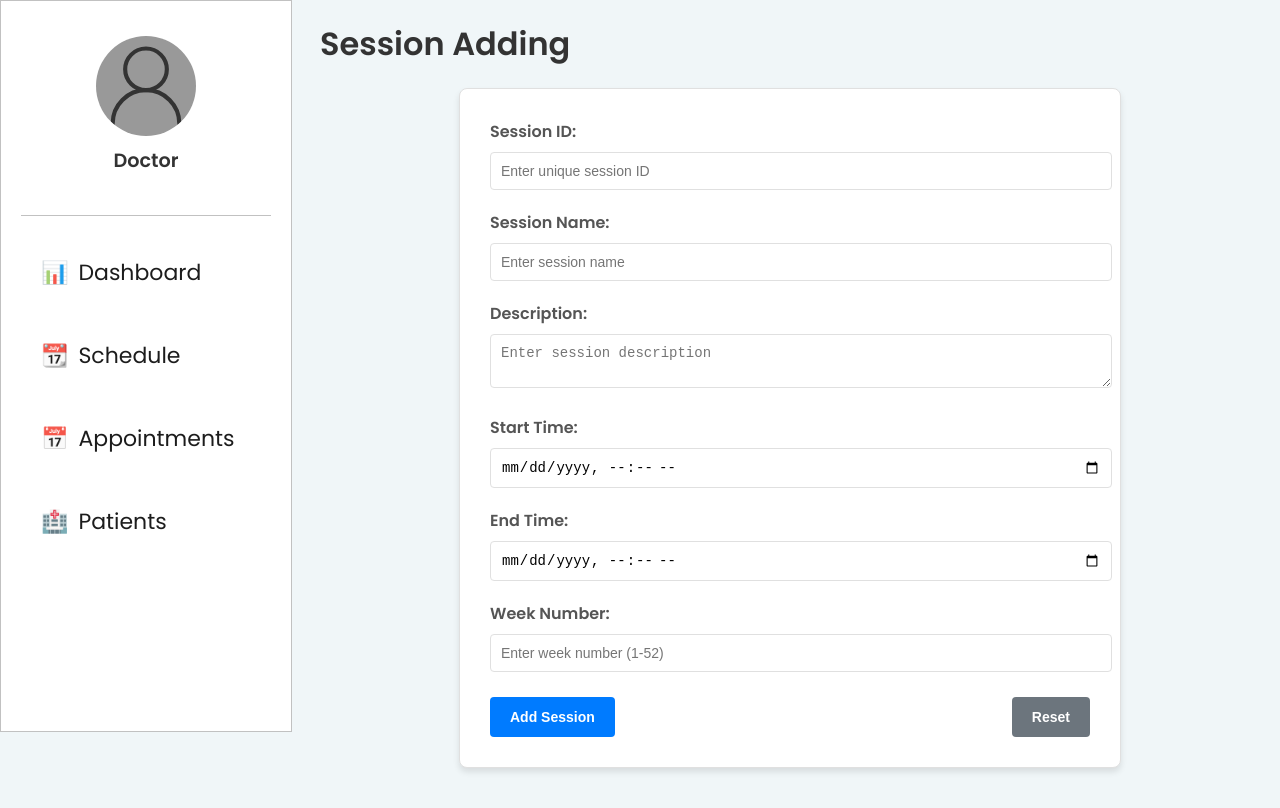
Repository: AriaFantom/Minor-Project
Page: http://localhost/Project/dashboard/doctor/schedule/create.jsp
An editor plug-in stored every save of this project. The page is shown before and after the next save, followed by the edit.
The browser window is 1280 px wide. The pictures show the whole page.
Some web fonts or font styles are not loaded; a fallback is used. The page is served by Tomcat 10. Other server files are loaded and not shown.

Above is the page before, as saved 2024-12-12 20:09:44.

### Project/src/main/webapp/dashboard/doctor/schedule/create.jsp
<%@ page language="java" contentType="text/html; charset=UTF-8"
    pageEncoding="UTF-8"%>
<!DOCTYPE html>
<html lang="en">
<head>
    <meta charset="UTF-8">
    <title>Title</title>
    <link rel="stylesheet" href="../../../css/doctor-panel.css">

</head>
<body>
<aside class="side-bar">
    <div class="user-info">
        <svg xmlns="http://www.w3.org/2000/svg" width="24" height="24" viewBox="0 0 24 24" fill="none"
             stroke="currentColor"
             stroke-width="1" stroke-linecap="round" stroke-linejoin="round" class="user-avatar">
            <circle cx="12" cy="8" r="5"/>
            <path d="M20 21a8 8 0 0 0-16 0"/>
        </svg>
        <p>Doctor</p>
    </div>
    <ul class="siderbar-navlinks">
        <li>
            <a href="panel.jsp">
                <div class="icon">📊</div>
                Dashboard
            </a>
        </li>
        <li>
            <a href="schedule.jsp">
                <div class="icon">📆</div>
                Schedule
            </a>
        </li>
        <li>
            <a href="appointments.jsp">
                <div class="icon">📅</div>
                Appointments
            </a>
        </li>
        <li>
            <a href="patients.jsp">
                <div class="icon">🏥</div>
                Patients
            </a>
        </li>
    </ul>
</aside>
<main>
    <div class="top-heading">
        <h4 class="panel-heading">Session Adding</h4>
    </div>

    <div class="session-form-container">
    <form action="AddSessionServlet" method="post" class="session-form" onsubmit="return validateForm()">
        <%-- Hidden input for doctor_id will be populated from logged-in session --%>
        <input type="hidden" name="doctor_id" value="${sessionScope.doctorId}">

        <div class="form-group">
            <label for="id">Session ID:</label>
            <input type="text" id="id" name="id" required
                   pattern="[A-Za-z0-9]+"
                   title="Session ID must contain only letters and numbers"
                   placeholder="Enter unique session ID">
        </div>

        <div class="form-group">
            <label for="name">Session Name:</label>
            <input type="text" id="name" name="name" required
                   maxlength="100"
                   placeholder="Enter session name">
        </div>

        <div class="form-group">
            <label for="description">Description:</label>
            <textarea id="description" name="description"
                      maxlength="500"
                      placeholder="Enter session description"></textarea>
        </div>

        <div class="form-group">
            <label for="start_time">Start Time:</label>
            <input type="datetime-local" id="start_time" name="start_time" required>
        </div>

        <div class="form-group">
            <label for="end_time">End Time:</label>
            <input type="datetime-local" id="end_time" name="end_time" required>
        </div>

        <div class="form-group">
            <label for="week">Week Number:</label>
            <input type="number" id="week" name="week"
                   min="1" max="52"
                   required
                   placeholder="Enter week number (1-52)">
        </div>

        <div class="form-actions">
            <button type="submit" class="btn btn-primary">Add Session</button>
            <button type="reset" class="btn btn-secondary">Reset</button>
        </div>
    </form>
</div>
</main>
</body>
</html>

### Project/src/main/webapp/css/doctor-panel.css
@import url('https://fonts.googleapis.com/css2?family=DM+Serif+Text:ital@0;1&family=PT+Sans:ital,wght@0,400;0,700;1,400;1,700&family=Poppins:ital,wght@0,100;0,200;0,300;0,400;0,500;0,600;0,700;0,800;0,900;1,100;1,200;1,300;1,400;1,500;1,600;1,700;1,800;1,900&family=Ubuntu:ital,wght@0,300;0,400;0,500;0,700;1,300;1,400;1,500;1,700&display=swap');

* {
    margin: 0;
    padding: 0;
}

body {
    background-color: #f0f6f8;
}



.side-bar {
    background: #fff;
    font-family: "Poppins", sans-serif;
    position: fixed;
    padding: 5px 20px;
    top: 0;
    left: 0;
    width: 250px;
    height: 100%;
    border: 1px solid rgba(51, 51, 51, 0.3);
    transition: 0.5s;
}

.user-info {
    display: flex;
    flex-direction: column;
    justify-content: center;
    align-items: center;
    padding: 30px 0px;
    border-bottom: 1px solid rgba(51, 51, 51, 0.3);
}

.user-avatar {
    width: 100px;
    height: 100px;
    border-radius: 50%;
    color: #333333;
    background: #999999;
}

.user-info p {
    margin: 10px 0;
    font-size: 1.2rem;
    font-weight: 600;
    color: #333333;
}

/* Nav Links */

.siderbar-navlinks {
    display: flex;
    flex-direction: column;
    gap: 10px;
    margin-top: 20px;
    list-style: none;
}

.side-bar li,
.side-bar a {
    text-decoration: none;
    font-size: 22px;
    display: flex;
    color: rgba(0, 0, 0, 0.89);
    gap: 10px;
    align-items: center;
    cursor: pointer;
    padding: 10px;
    transition: 0.5s;
}

.side-bar li:hover {
    background: #96c2c2;
    border-radius: 5px;
}

main {
    font-family: "Poppins", sans-serif;
    margin-left: 300px;
    padding: 20px;

}
.top-heading {
    display: flex;
    flex-direction: row;
    justify-content: space-between;
    margin-bottom: 20px;
}
.add-button {
    background-color: #3d8182;
    color: white;
    padding: 10px 20px;
    border-radius: 5px;
    font-size: 1.2rem;
    font-weight: 600;
    cursor: pointer;
    transition: 0.5s;
    border: none;
}
.panel-heading {
    font-size: 2rem;
    font-weight: 600;
    color: #333333;
}

.stats-container {
    display: grid;
    grid-template-columns: repeat(4, 1fr);
    gap: 20px;

    width: 100%;
}

.stats-card {
    background-color: white;
    border-radius: 12px;
    box-shadow: 0 8px 20px rgba(0, 0, 0, 0.08);
    padding: 25px;
    text-align: center;
    transition: all 0.3s ease;
    position: relative;
    overflow: hidden;
}

.stats-card:hover {
    transform: translateY(-10px);
    box-shadow: 0 12px 25px rgba(0, 0, 0, 0.12);
}

.stats-icon {
    font-size: 45px;
    margin-bottom: 15px;
    opacity: 0.7;
}

.stats-number {
    font-size: 36px;
    font-weight: bold;
    color: #2c3e50;
    margin-bottom: 10px;
}

.stats-label {
    font-size: 14px;
    color: #7f8c8d;
    text-transform: uppercase;
    letter-spacing: 1px;
}
/* All the tables in the main section */
.container {
    margin: 20px 10px;
    display: flex;
    gap: 40px;
    justify-content: space-between;
}

.appointment-table {
    width: 100%;
    border-collapse: collapse;
    background-color: #fff;
    border-radius: 10px;
    box-shadow: 0 4px 6px rgba(0, 0, 0, 0.1);
    overflow: hidden;
}

.appointment-table caption {
    font-size: 1.5em;
    font-weight: bold;
    padding: 10px;
    text-align: center;
    background-color: #f1f1f1;
    border-bottom: 2px solid #ddd;
}

.appointment-table th, .appointment-table td {

    padding: 12px 18px;
    text-align: center;
    border-bottom: 1px solid #ddd;
}

.appointment-table th {
    background-color: #f8f9fa;
    color: #555;
}

.appointment-table tr:hover {
    background-color: #f1f1f1;
}

.appointment-table td {
    font-size: 1em;
}
.edit-button {
    background-color: #3d826d;
    color: white;
    padding: 10px 15px;
    border-radius: 5px;
    font-size: 1.2rem;
    font-weight: 600;
    cursor: pointer;
    transition: 0.5s;
    border: none;
}

.delete-button {
    background-color: #823d3d;
    color: white;
    padding: 10px 15px;
    border-radius: 5px;
    font-size: 1.2rem;
    font-weight: 600;
    cursor: pointer;
    transition: 0.5s;
    border: none;
}



.session-form-container {
    background-color: #ffffff;
    border-radius: 8px;
    box-shadow: 0 4px 6px rgba(0, 0, 0, 0.1);
    padding: 30px;
    max-width: 600px;
    margin: 20px auto;
    border: 1px solid #e0e0e0;
}

.session-form .form-group {
    margin-bottom: 20px;
}

.session-form label {
    display: block;
    margin-bottom: 8px;
    font-weight: 600;
    color: #555;
}

.session-form input,
.session-form textarea {
    width: 100%;
    padding: 10px;
    border: 1px solid #e0e0e0;
    border-radius: 4px;
    font-size: 14px;
    transition: border-color 0.3s ease;
}

.session-form input:focus,
.session-form textarea:focus {
    outline: none;
    border-color: #007bff;
    box-shadow: 0 0 5px rgba(0, 123, 255, 0.2);
}

.form-actions {
    display: flex;
    justify-content: space-between;
    margin-top: 25px;
}

.btn {
    padding: 12px 20px;
    border: none;
    border-radius: 4px;
    font-size: 14px;
    font-weight: 600;
    cursor: pointer;
    transition: background-color 0.3s ease;
}

.btn-primary {
    background-color: #007bff;
    color: white;
}

.btn-primary:hover {
    background-color: #0056b3;
}

.btn-secondary {
    background-color: #6c757d;
    color: white;
}

.btn-secondary:hover {
    background-color: #545b62;
}

.session-form .form-group select {
    width: 100%;
    padding: 10px;
    border: 1px solid #e0e0e0;
    border-radius: 4px;
    background-color: white;
    font-size: 14px;
    appearance: none;
    -webkit-appearance: none;
    -moz-appearance: none;
    background-image: url("data:[embedded picture, 260 characters]");
    background-repeat: no-repeat;
    background-position: right 10px center;
}

.session-form .form-group select:focus {
    outline: none;
    border-color: #007bff;
    box-shadow: 0 0 5px rgba(0, 123, 255, 0.2);
}

.session-form .form-group select:invalid {
    color: #999;
}

.session-form .form-group select option {
    background-color: white;
    color: #333;
}

.session-form .form-group select option:first-child {
    color: #999;
}
.alert {
            padding: 15px;
            margin: 20px auto;
            border-radius: 4px;
            width: 95%;
            font-size: 16px;
            text-align: center;
}
.alert-success {
            color: #155724;
            background-color: #d4edda;
            border: 1px solid #c3e6cb;
}
.alert-danger {
            color: #721c24;
            background-color: #f8d7da;
            border: 1px solid #f5c6cb;
 }
.errordiv {
	display: flex;
	flex-direction: column;
	align-items:center;
	justify-content:center;
	background-color: #96c2c2;
	height: 100vh;
	width: 100%;
	font-family: "Poppins", sans-serif;
}

.errordiv h1 {
	text-transform: uppercase;
}

After the next save:
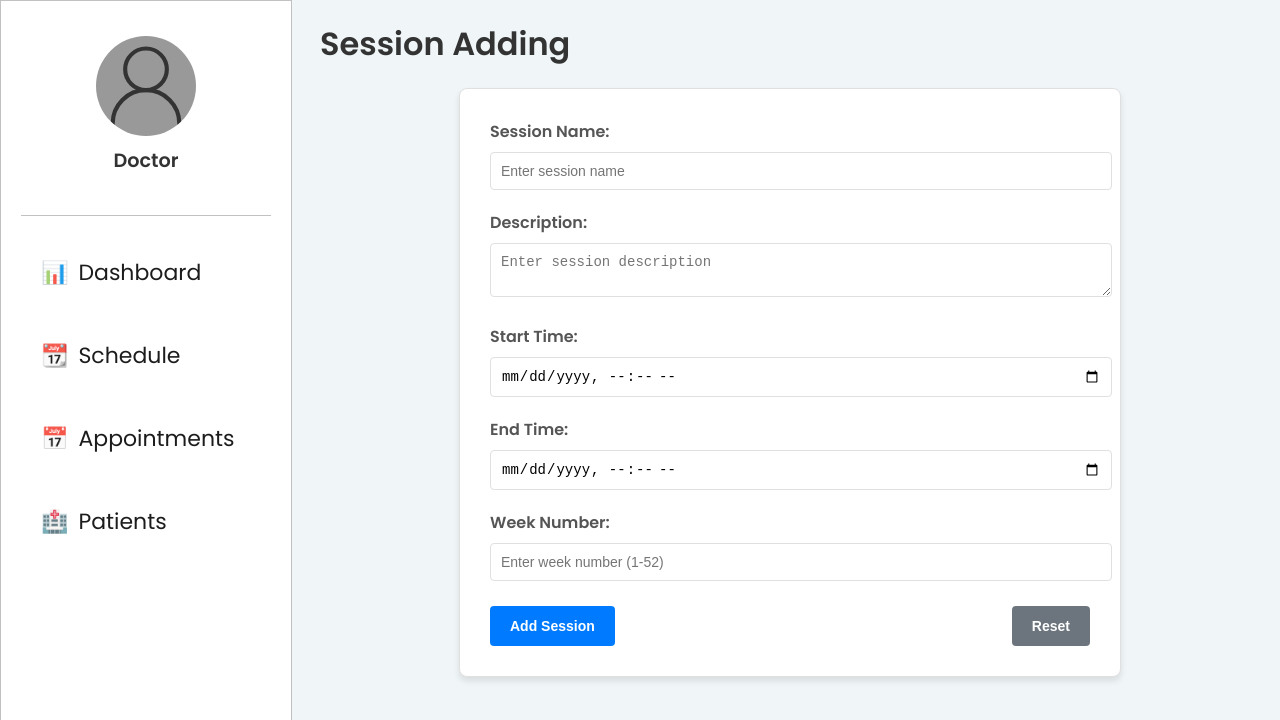
Saved 22 s later.
--- a/Project/src/main/webapp/dashboard/doctor/schedule/create.jsp
+++ b/Project/src/main/webapp/dashboard/doctor/schedule/create.jsp
@@ -56,13 +56,6 @@
         <%-- Hidden input for doctor_id will be populated from logged-in session --%>
         <input type="hidden" name="doctor_id" value="${sessionScope.doctorId}">
 
-        <div class="form-group">
-            <label for="id">Session ID:</label>
-            <input type="text" id="id" name="id" required
-                   pattern="[A-Za-z0-9]+"
-                   title="Session ID must contain only letters and numbers"
-                   placeholder="Enter unique session ID">
-        </div>
 
         <div class="form-group">
             <label for="name">Session Name:</label>

After the save that followed:
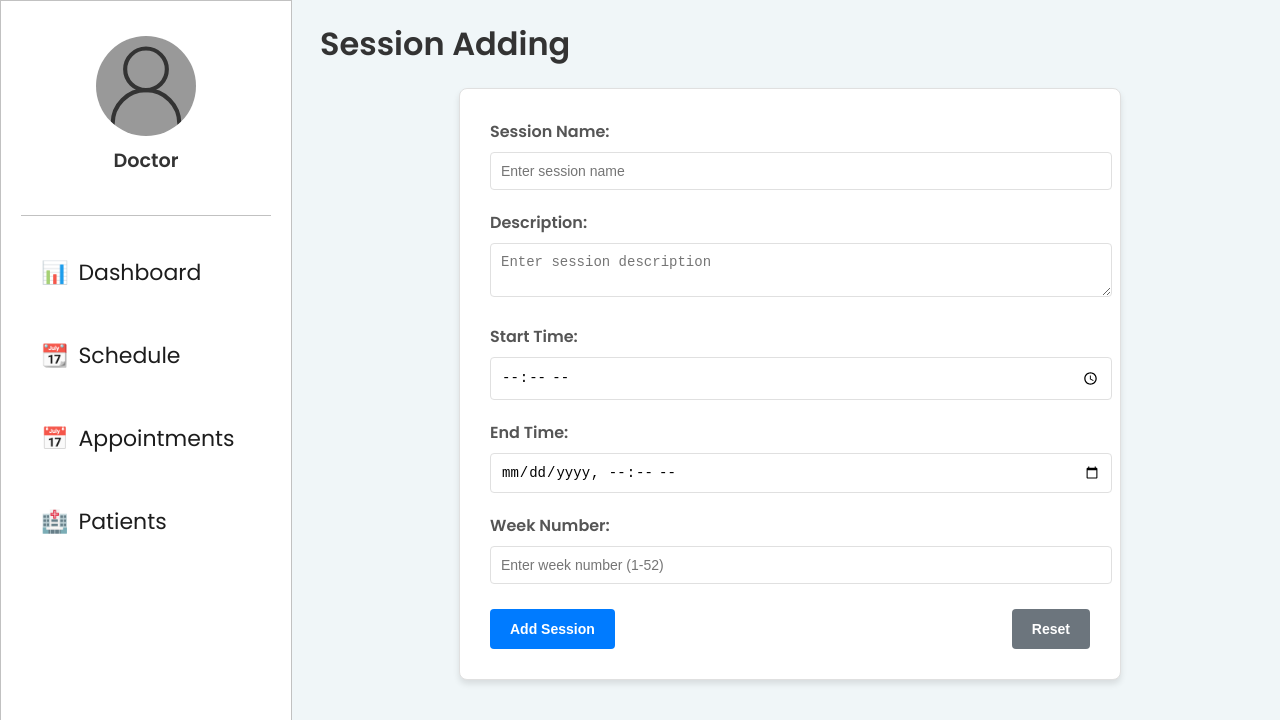
Saved 47 s later.
--- a/Project/src/main/webapp/dashboard/doctor/schedule/create.jsp
+++ b/Project/src/main/webapp/dashboard/doctor/schedule/create.jsp
@@ -73,7 +73,7 @@
 
         <div class="form-group">
             <label for="start_time">Start Time:</label>
-            <input type="datetime-local" id="start_time" name="start_time" required>
+            <input type="time" id="start_time" name="start_time" required>
         </div>
 
         <div class="form-group">
